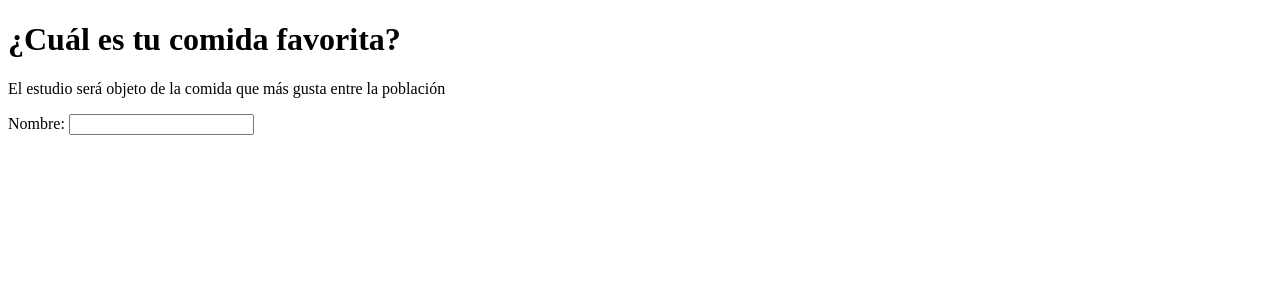
Repository: Fidesone/Form
Page: form/Index.html
These files come from the project's save history. The page is drawn as it stood at one moment and after the next save; the edit follows.
The browser window is 1280 px wide. The pictures show the whole page.

Above is the page before, as saved 2020-09-22 18:35:52.

After the next save:
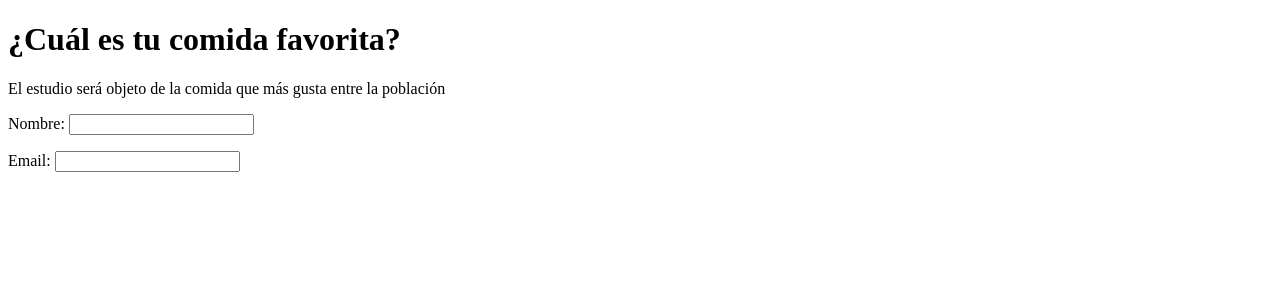
Saved 53 s later.
--- a/form/Index.html
+++ b/form/Index.html
@@ -9,7 +9,7 @@
 <p id="desciption">El estudio será objeto de la comida que más gusta entre la población</p>
 <form id="survey-form">
 	<p id="name">Nombre: <input type="text"></p>
-
+	<p id="email">Email: <input type="text"></p>
 </form>
 </body>
 </html>
